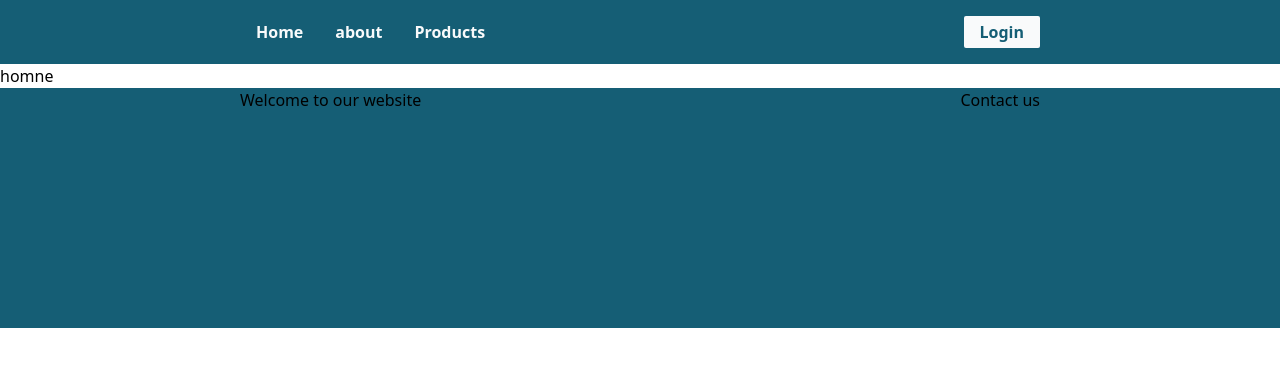
Repository: Sanaa00/svelte-test
Page: /
An editor plug-in stored every save of this project. The page is shown before and after the next save, followed by the edit.
The browser window is 1280 px wide. The pictures show the whole page.
The project was rebuilt for these pictures with package versions that can differ from the ones it lists, and the page was loaded fresh each time. The framework's server and built-in components were replaced by stand-ins that run in the browser. Also part of the build but not shown: svelte.config.js, vite.config.js.

Above is the page before, as saved 2024-12-08 20:07:23.

After the next save:
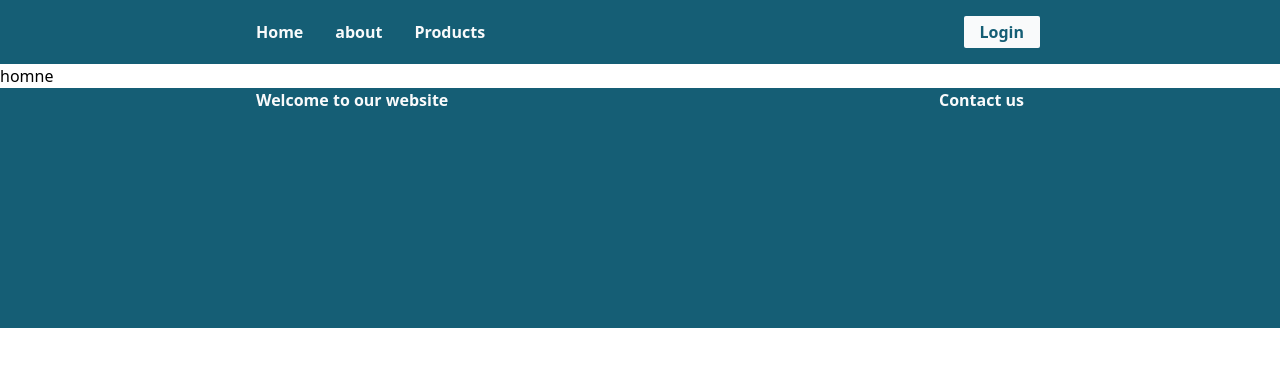
Saved 41 s later.
--- a/src/component/Footer.svelte
+++ b/src/component/Footer.svelte
@@ -2,7 +2,7 @@
 </script>
 
 <main class="flex h-60 justify-between bg-cyan-800 px-60">
-	<div>Welcome to our website</div>
+	<div class="px-4 font-semibold text-gray-50">Welcome to our website</div>
 
-	<div>Contact us</div>
+	<div class="px-4 font-semibold text-gray-50">Contact us</div>
 </main>
